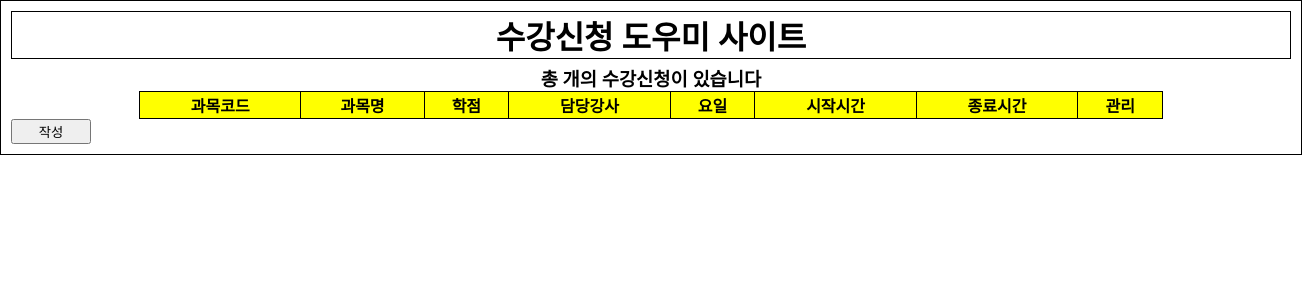
Repository: Tor1a/SpringSet
Page: http://localhost/practice02/WEB-INF/views/home.jsp
The author's editor kept a copy of each file at every save. The page is drawn from the files as they stood at one save, then again after the next save.
The browser window is 1280 px wide. The page is 1302 px wide, so the pictures cover 1302 px, including what lies to the right of the window. The pictures show the whole page.
The page is served by Tomcat 9. Nobody is signed in. Other server files are loaded and not shown. The template is opened directly, without the code that normally fills it, so the values that code supplies are empty.

Above is the page before, as saved 2022-04-15 00:18:26.

### practice02/src/main/webapp/WEB-INF/views/home.jsp
<%@ page language="java" contentType="text/html; charset=UTF-8"
	pageEncoding="UTF-8"%>
<%@ taglib prefix="c" uri="http://java.sun.com/jsp/jstl/core"%>
<%@ taglib prefix="fmt" uri="http://java.sun.com/jsp/jstl/fmt"%>




<!DOCTYPE html>
<html>
<head>
<meta charset="UTF-8">
<script src="../js/jquery-3.6.0.min.js"></script>
<link rel="stylesheet"
	href="${pageContext.request.contextPath}/resources/css/home.css">
<script
	src="${pageContext.request.contextPath}/resources/js/course/home.js"></script>

<title>수강신청 도우미 사이트</title>
</head>
<body>

	<div id="container">

		<h1 class="title">수강신청 도우미 사이트</h1>

		<div class="content">
			<h3 class="total">총 ${total}개의 수강신청이 있습니다</h3>

		<table class="liTb">
			<thead>
				<th>과목코드</th>
				<th>과목명</th>
				<th>학점</th>
				<th>담당강사</th>
				<th>요일</th>
				<th>시작시간</th>
				<th>종료시간</th>
				<th>관리</th>
			</thead>

			<c:forEach var="vo" items="${list}">
				<tr>
					<td>${vo.crId}</td>
					<td>${vo.crName}</td>
					<td>${vo.credit}</td>
					<td>${vo.lec_name}</td>
					<td>${vo.crWeek}</td>
					<td><c:if test="${vo.start_hour < 1000}">
							0${vo.start_hour}
						</c:if> <c:if test="${vo.start_hour >= 1000}">
							${vo.start_hour}
						</c:if></td>
					<td>${vo.end_end}</td>
					<td><a href="updateCourseForm.do?crId=${vo.crId}">수정</a> /<a
						href="deleteCourse.do?crId=${vo.crId}">삭제</a></td>
				</tr>
			</c:forEach>
		</table>
		<button id="add" onclick="add()">작성</button>
		</div>
	</div>



</body>
</html>

### practice02/src/main/webapp/resources/css/home.css
@charset "UTF-8";

body, h1, h2, h3, h4, h5, p, ul, li, ol, dd, dt, dl { padding: 0; margin: 0; }

ul {list-style: none;}

a:hover{text-decoration: none;}

body{width: auto; hight: auto;}

#container {display: flex; flex-direction: column;  width: 100%; height: 100%; border: 1px solid black; padding: 10px 10px 10px 10px;}

#content {display:flex; flex-direction: column; justify-content: center; border: 1px solid black;}

#add {display: flex;   width: 80px; hight: 30px; justify-content: center; flex-direction: row-reverse;}

.liTb {margin: auto; border-collapse: collapse; border: 1px solid black; width: 80%;}

.title{display:flex;  flex-direction:row; justify-content:center;  text-align: center; border: 1px solid black; margin-bottom: 5px;}
.total {text-align: center;}



th {text-align: center; border: 1px solid black; background-color: yellow;}
td {text-align: center; border: 1px solid black;}

### practice02/src/main/webapp/resources/js/course/home.js
var crId = document.getElementById('vo.crId');

function deleteBtn(crId){
	if(confirm("삭제 하시겠습니까?")){
		var form = document.getElementById('delCourse');
		form.action = 'deleteCourseForm.do?crId='+crId;
		form.method = "GET";
		form.submit();

		return true;
	}else{

		return false;
	}
}


function add(){
	location.href = "courseAddForm.do";
}

Loaded but not shown: practice02/src/main/webapp/resources/js/jquery-3.6.0.min.js (library)

After the next save:
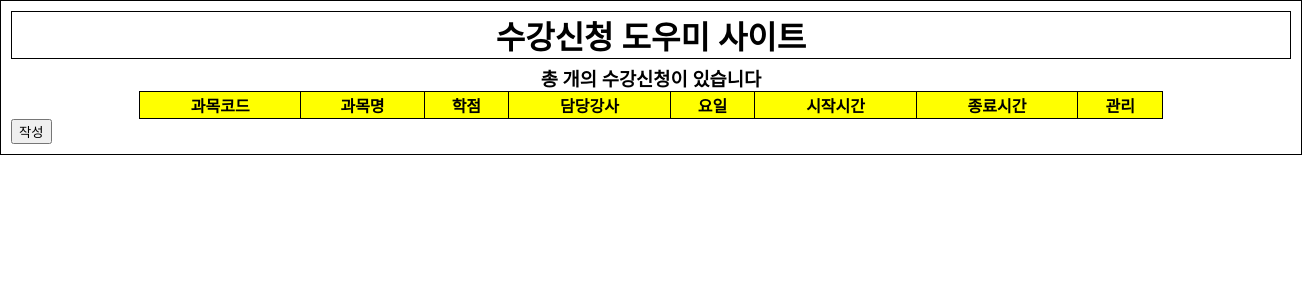
Saved 7 s later.
--- a/practice02/src/main/webapp/WEB-INF/views/home.jsp
+++ b/practice02/src/main/webapp/WEB-INF/views/home.jsp
@@ -57,7 +57,7 @@
 				</tr>
 			</c:forEach>
 		</table>
-		<button id="add" onclick="add()">작성</button>
+		<button class="add" onclick="add()">작성</button>
 		</div>
 	</div>
 
